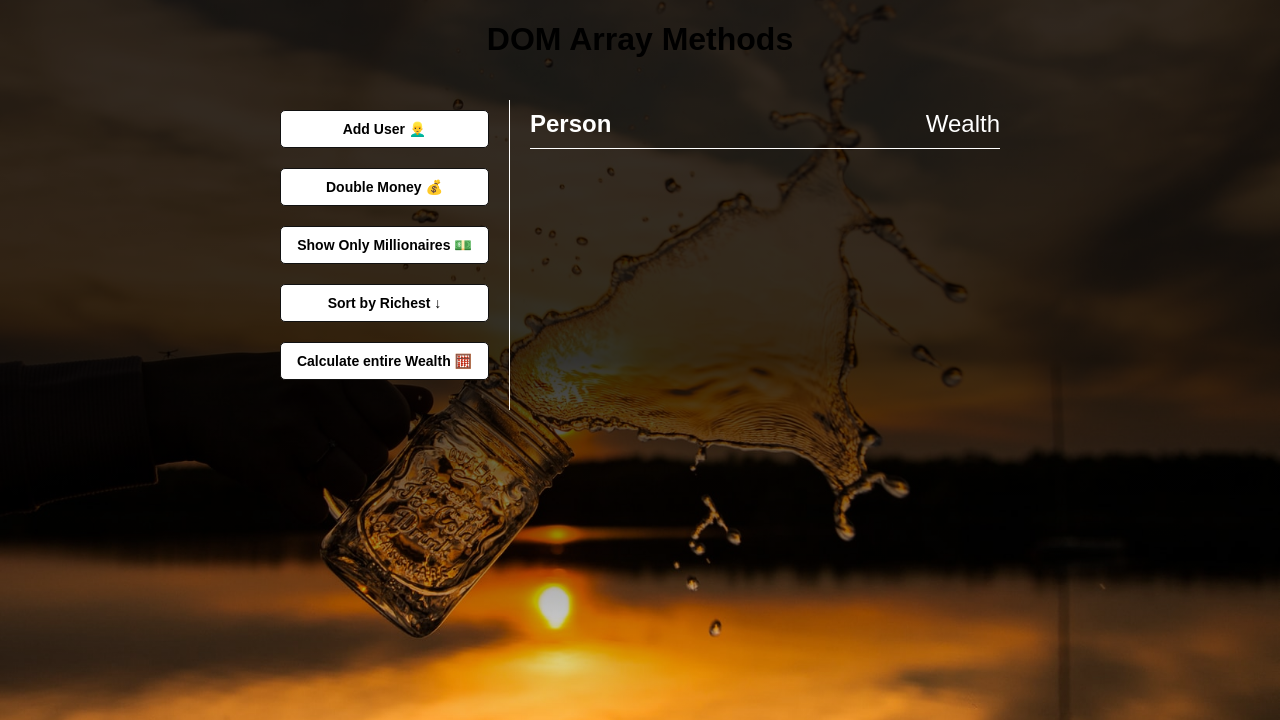
Repository: CAMPSLOPY/RandomUserInfoGenerator
Page: index.html
An editor plug-in stored every save of this project. The page is shown before and after the next save, followed by the edit.
The browser window is 1280 px wide. The pictures show the whole page.
The page's requests for data from a server got no answer.

Above is the page before, as saved 2021-01-20 12:31:26.

After the next save:
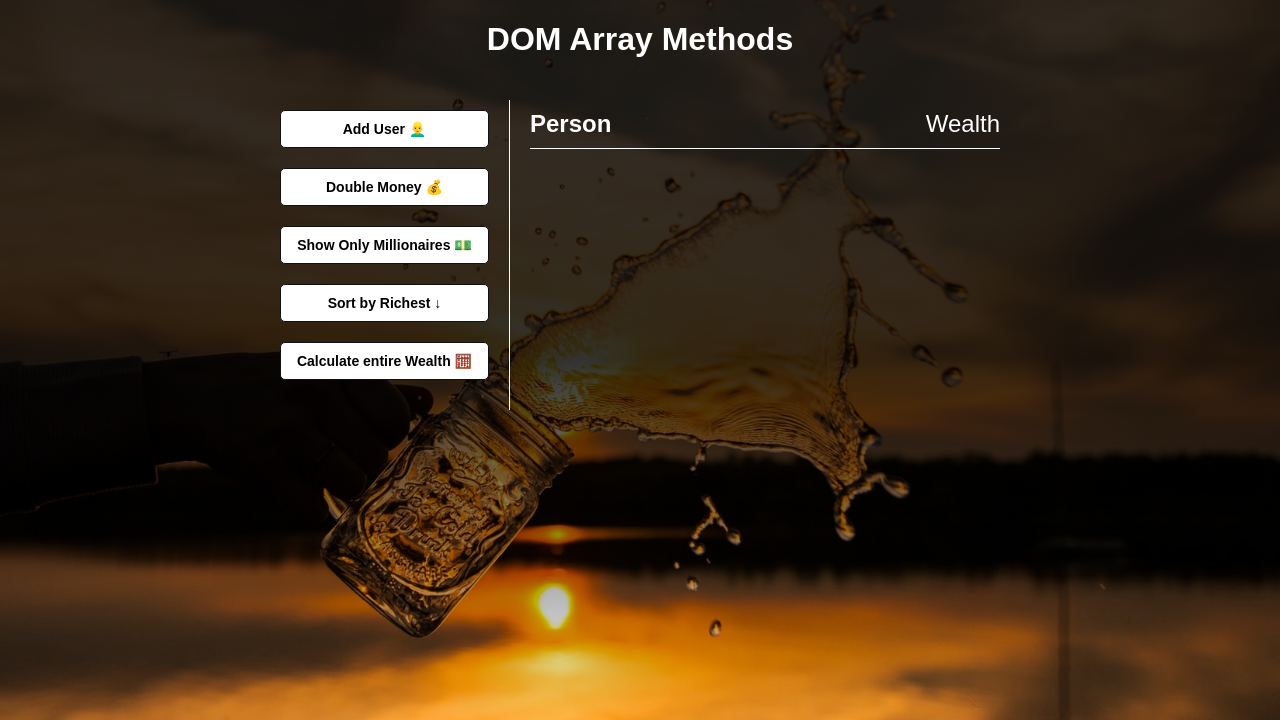
Saved 5 s later.
--- a/styles.css
+++ b/styles.css
@@ -53,7 +53,7 @@ main {
   padding: 10px 20px;
 }
 h1{
-  color: ;
+  color: #fff;
 }
 h2 {
   border-bottom: 1px solid #fff;
